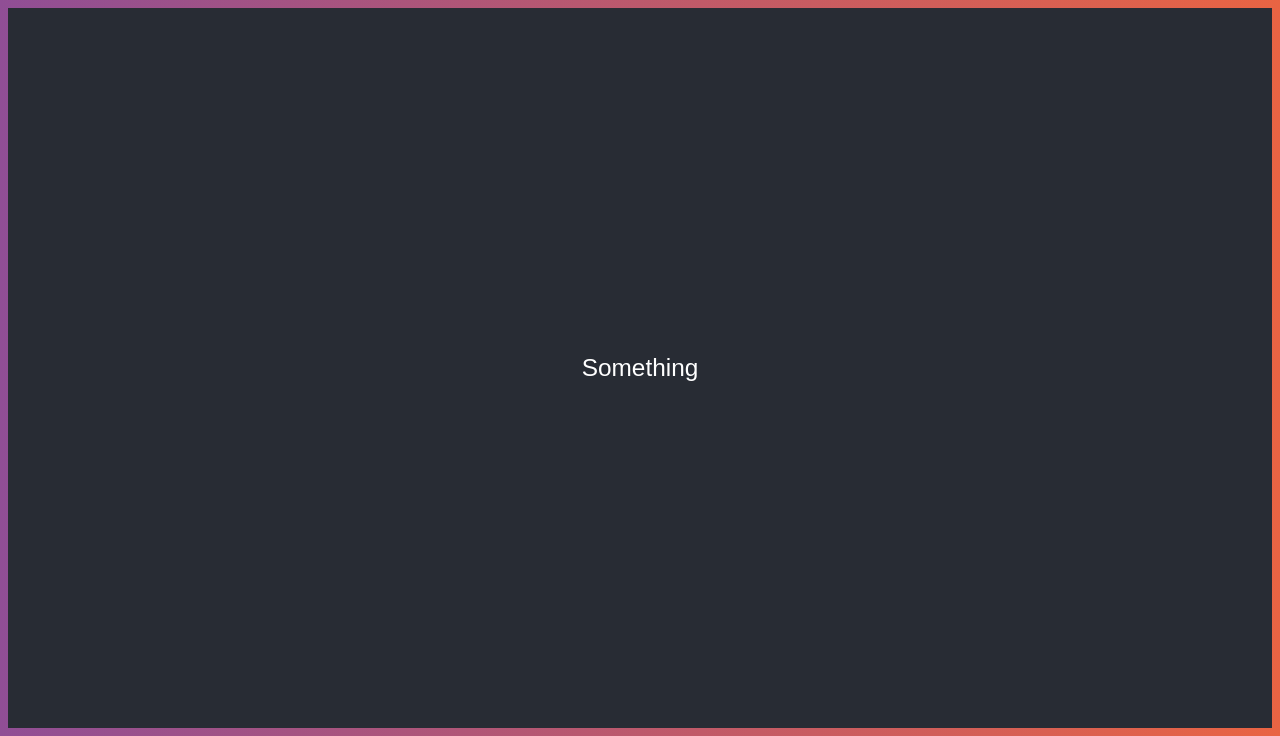
Repository: leonmezu1/cotizadorSeguroReact
Page: /
These files come from the project's save history. The page is drawn as it stood at one moment and after the next save; the edit follows.
The browser window is 1280 px wide. The pictures show the whole page.
The project was rebuilt for these pictures with package versions that can differ from the ones it lists, and the page was loaded fresh each time.

Above is the page before, as saved 2020-10-08 09:02:26.

### src/index.css
html {
  box-sizing: border-box;
}

body {
  background: #e96443;
  /* fallback for old browsers */
  background: -webkit-linear-gradient(to right, #904e95, #e96443);
  /* Chrome 10-25, Safari 5.1-6 */
  background: linear-gradient(to right, #904e95, #e96443);
  font-family: Arial, Helvetica, sans-serif;
}

ul {
  list-style: none;
  padding: none;
  margin: none;
}

span.resultado {
  position: relative;
  width: 100%;
}

.resultado-enter {
  transition: .5s;
}

.resultado-enter.resultado-enter-active {
  transform: translateY(0%);
}

.resultado-exit {
  transform: translateY(0);
  transition: .5s;
  position: absolute;
  left: 0;
  bottom: 0;
  right: 0;
}

.resultado-exit-active {
  opacity: 0;
  transform: translateY(-10%);
}

### src/App.js
import React from 'react';
import './App.css';

function App() {
  return (
    <div className="App">
      <header className="App-header">
        Something
      </header>
    </div>
  );
}

export default App;

Loaded but not shown: public/index.html (common file); src/index.js (common file); src/serviceWorker.js (common file); src/App.css (common file)

After the next save:
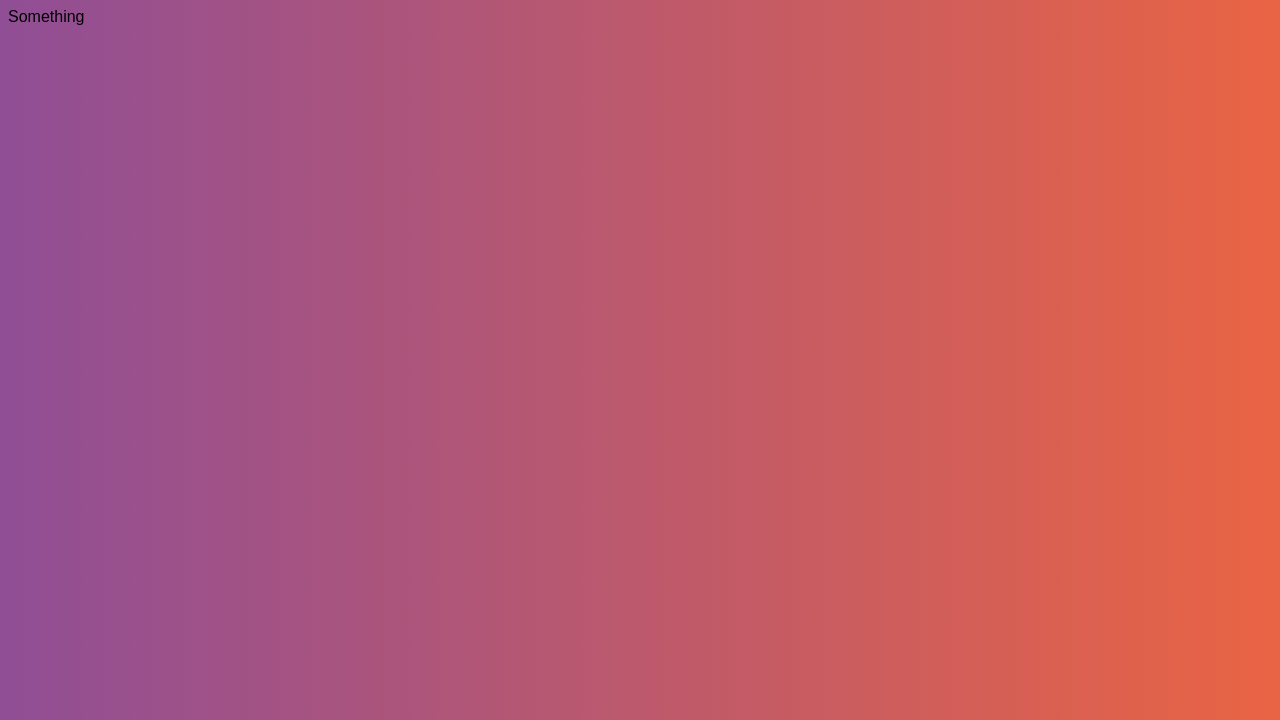
Saved 34 s later.
--- a/src/App.js
+++ b/src/App.js
@@ -1,12 +1,9 @@
-import React from 'react';
-import './App.css';
+import React from "react";
 
 function App() {
   return (
-    <div className="App">
-      <header className="App-header">
-        Something
-      </header>
+    <div>
+      <header>Something</header>
     </div>
   );
 }
